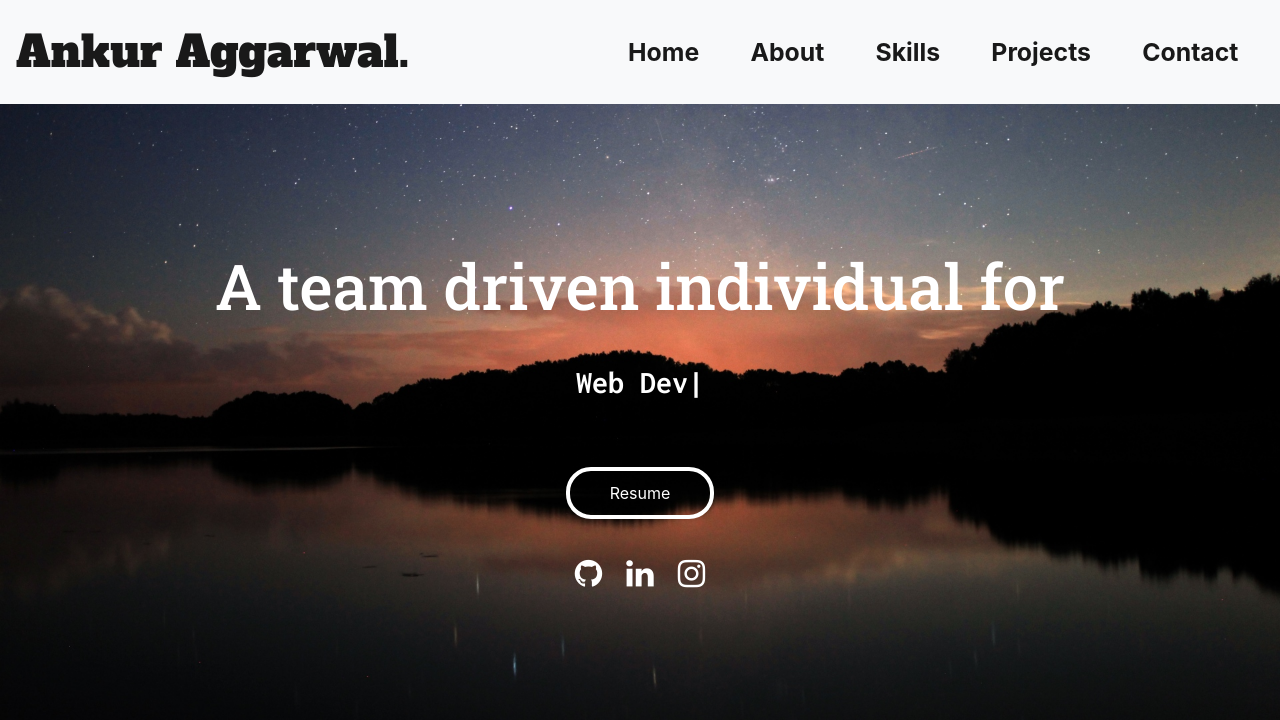
Repository: AnkurDevv/PersonalWebsite
Page: index.html
An editor plug-in stored every save of this project. The page is shown before and after the next save, followed by the edit.
The browser window is 1280 px wide. The pictures show the whole page.

Above is the page before, as saved 2020-09-13 16:21:06.

### index.html
<!DOCTYPE html>
<html>

<head>
  <meta charset="utf-8">
  <meta http-equiv="X-UA-Compatible" content="IE=edge">
  <title>Ankur Aggarwal</title>
  <meta name="description" content="">
  <meta name="viewport" content="width=device-width, initial-scale=1">
  <!-- FONT AWESOME FOR SOCIAL MEDIA ICONS -->
  <link rel="stylesheet" href="https://cdnjs.cloudflare.com/ajax/libs/font-awesome/4.7.0/css/font-awesome.min.css">
  <!-- Importing Bootstrap here -->
  <link rel="stylesheet" href="https://stackpath.bootstrapcdn.com/bootstrap/4.4.1/css/bootstrap.min.css"
    integrity="sha384-Vkoo8x4CGsO3+Hhxv8T/Q5PaXtkKtu6ug5TOeNV6gBiFeWPGFN9MuhOf23Q9Ifjh" crossorigin="anonymous">
  <!--CUSTOM CSS FOR THE PAGE  -->
  <link rel="stylesheet" href="./style/index.css">
  <!-- FOR COOL ANIMATION EFFECTS -->
  <link rel="stylesheet" href="./style/animate.css">
  <!-- FOR COOL TYPING EFFECTS -->
  <script src="https://cdn.jsdelivr.net/npm/typed.js@2.0.11"></script>
  <!-- FOR GOOGLE FONTS - START -->
  <!-- for main heading -->
  <link
    href="https://fonts.googleapis.com/css2?family=Merienda:wght@700&family=Pacifico&family=Roboto&family=Roboto+Slab:wght@500&display=swap"
    rel="stylesheet">
  <!-- For Sub heading -->
  <link
    href="https://fonts.googleapis.com/css2?family=Inconsolata:wght@700&family=Merienda:wght@700&family=Pacifico&family=Roboto&family=Roboto+Slab:wght@500&display=swap"
    rel="stylesheet">
  <!-- For Navbar Logo -->
  <link href="https://fonts.googleapis.com/css2?family=Alfa+Slab+One&display=swap" rel="stylesheet">
  <!-- FOR GOOGLE FONTS - END -->
</head>

<body>
  <header>
    <nav class="navbar navbar-expand-lg navbar-light bg-light">
      <a class="navbar-brand" id="Brand-logo">Ankur Aggarwal.</a>
      <button class="navbar-toggler" type="button" data-toggle="collapse" data-target="#navbarNav"
        aria-controls="navbarNav" aria-expanded="false" aria-label="Toggle navigation">
        <span class="navbar-toggler-icon"></span>
      </button>
      <div class="collapse navbar-collapse" id="navbarNav">
        <ul class="navbar-nav">
          <li class="nav-item active">
            <a class="nav-link" href="#">Home</a>
          </li>
          <li class="nav-item active">
            <a class="nav-link" href="#">About</a>
          </li>
          <!-- <li class="nav-item active">
            <a class="nav-link" href="#">Why Me?</a>
          </li> -->
          <li class="nav-item active">
            <a class="nav-link" href="#">Skills</a>
          </li>
          <li class="nav-item active">
            <a class="nav-link" href="#">Projects</a>
          </li>
          <li class="nav-item active">
            <a class="nav-link" href="#">Contact</a>
          </li>
        </ul>
      </div>
    </nav>


    <!-- FIRST IMPRESSION SECTION - START -->
    <section class="first-impression-section">
      <div class="row first-impression-row">
        <h1 class="text-center animated fadeInDown" id="MainNameHeading">A team driven individual for
        </h1>
      </div>
      <div class="row">
        <h3 id="MainSubHeading">
          <span id="typed" style="white-space:pre;"></span>
          <!-- <span class="typed-cursor typed-cursor--blink">|</span> -->
        </h3>
      </div>

      <!-- RESUME BUTTON - START -->
      <div class="row" id="ResumeDiv">
        <a type="button" href="https://drive.google.com/file/d/129eEq26ATzqey1-hpHnRXs40bzbBVkSX/view?usp=sharing"
          target="blank" class="btn btn-primary" id="ResumeBtn">Resume</a>
      </div>
      <!-- RESUME BUTTON - END -->

      <!-- SOCIAL LINKS -->
      <div class="socialLinksDiv">
        <!-- github link -->
        <a href="https://github.com/AnkurDevv" target="blank" class="social-link"><i
            class="fa fa-github fa-2x text-white"></i></a>
        <!-- linkedin link -->
        <a href="https://www.linkedin.com/in/ankur-aggarwal2112/" target="blank" class="social-link"><i
            class="fa fa-linkedin fa-2x text-white"></i></a>
        <!-- instagram link -->
        <a href="https://www.instagram.com/ankur_2112/?hl=en" target="blank" class="social-link"><i
            class="fa fa-instagram fa-2x text-white"></i></a>
      </div>

    </section>
    <!-- FIRST IMPRESSION SECTION - END -->


  </header>

  <script>
    // JS FOR COOL TYPING EFFECT USING TYPE.JS -  START
    var options = {
      strings: ['Web Development.', 'Software Engineering.', 'Product Development.'],
      typeSpeed: 100,
      loop: true,
      backDelay: 800,
      backSpeed: 80,
      startDelay: 1000,
    };
    var typed = new Typed('#typed', options);
// JS FOR COOL TYPING EFFECT USING TYPE.JS -  END
  </script>

  <!-- NECESSARY JS FOR BOOTSTRAP - START -->
  <script src="https://code.jquery.com/jquery-3.4.1.slim.min.js"
    integrity="sha384-J6qa4849blE2+poT4WnyKhv5vZF5SrPo0iEjwBvKU7imGFAV0wwj1yYfoRSJoZ+n"
    crossorigin="anonymous"></script>
  <script src="https://cdn.jsdelivr.net/npm/popper.js@1.16.0/dist/umd/popper.min.js"
    integrity="sha384-Q6E9RHvbIyZFJoft+2mJbHaEWldlvI9IOYy5n3zV9zzTtmI3UksdQRVvoxMfooAo"
    crossorigin="anonymous"></script>
  <script src="https://stackpath.bootstrapcdn.com/bootstrap/4.4.1/js/bootstrap.min.js"
    integrity="sha384-wfSDF2E50Y2D1uUdj0O3uMBJnjuUD4Ih7YwaYd1iqfktj0Uod8GCExl3Og8ifwB6"
    crossorigin="anonymous"></script>
  <!-- NECESSARY JS FOR BOOTSTRAP - END -->

  <!-- ADDING JQUERY - START -->
  <script src="https://ajax.googleapis.com/ajax/libs/jquery/3.5.1/jquery.min.js"></script>
  <!-- ADDING JQUERY - END -->

  <!-- CUSTOM JS FOR THE PAGE - START  -->
  <script src="index.js"></script>
  <!-- CUSTOM JS FOR THE PAGE - END  -->
</body>

</html>

### style/index.css
body{
  margin-left: 0;
  margin-right: 0;
}

/* NAVBAR CSS - START */

#Brand-logo{
  font-family: 'Alfa Slab One', cursive;
  font-size: 270%;
}

.navbar-nav{
  margin-left: auto;
}

.nav-link{
  font-size: 155%;
  font-weight: 700;
  padding: 2vw!important;
}

@media only screen and (max-width: 992px) {
  .nav-link{
    text-align: center;
  }
}

@media only screen and (max-width: 600px) {

  #Brand-logo{
    font-size: 140%;
  }

  .navbar-nav{
    height: 100vh;
  }

  .nav-link{
    margin: 5vh auto;
  }

}

/* NAVBAR CSS - END */

/* FIRST IMPRESSION SECTION CSS - START */
header{
  height: 100vh; /* Takes 100% of the screen size */
  background-image:url(../images/sunset_skyline_lake_reflection_114025_1920x1080.jpg);
  -webkit-background-size: cover;
  background-position: center;
  overflow: hidden;
  backdrop-filter: blur(10px);
}

#MainNameHeading{
  margin: 0 auto;
  margin-top: 20vh;
  font-size: 395%;
  color: white;
  font-family: 'Roboto Slab', serif;
  padding-bottom: 3%;
}

#MainSubHeading{
  margin: 0 auto;
  color: white;
  text-align: -webkit-center;
  font-family: 'Inconsolata', monospace;
  font-size: xx-large;
}

#ResumeBtn{
  -webkit-appearance: button;
  -moz-appearance: button;
  appearance: button;
  margin: 5% auto;
  margin-bottom: 2%;
  padding: 10px 3%;
  background-color: transparent;
  border: 4px solid white;
  border-radius: 25px;
}

#ResumeBtn:hover{
  background-color: white;
  color: black;
  font-weight: 700;
  font-size: 130%;
}

.socialLinksDiv{
  display: flex;
  justify-content: center;
}

.social-link{
  margin: 12px;
}


@media only screen and (max-width: 600px) {
  #MainNameHeading{
    font-size: 300%;
    margin-top: 13vh;
  }
  #MainSubHeading{
    font-size: x-large;
  }
}
/* FIRST IMPRESSION SECTION CSS - ENDS */

### index.js
// CHANGING NAVBAR COLOR WHEN A USER HOVERS OVER A LINK
$(document).ready(function () {

  // makes nav transparent when user hovers on a link
  $(".nav-link").hover(function () {
    $('.navbar').addClass('bg-dark').removeClass('bg-light');
    $('#Brand-logo').css("color", "white");
    $('.nav-link').css("color", "white");
    $('.navbar-toggler').css("color", "white");
  });

  // makes nav non-transparent when user hovers on a link
  $(".navbar").mouseleave(function () {
    $('.navbar').addClass('bg-light').removeClass('bg-dark');
    $('#Brand-logo').css("color", "black");
    $('.nav-link').css("color", "black");
    $('.navbar-toggler').css("color", "black");
  });

});

Loaded but not shown: style/animate.css (library)

After the next save:
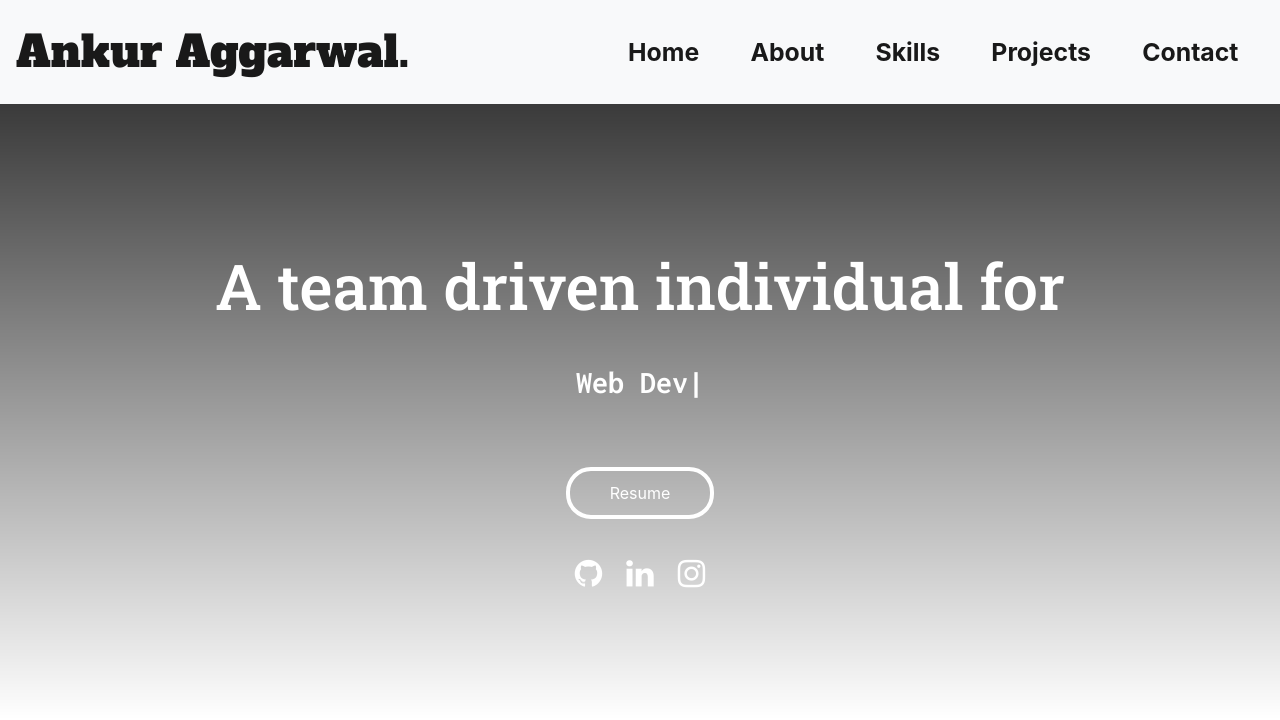
Not found: img/homepage/heroBackground2.jpg
Saved 90 s later.
--- a/style/index.css
+++ b/style/index.css
@@ -47,8 +47,7 @@ body{
 /* FIRST IMPRESSION SECTION CSS - START */
 header{
   height: 100vh; /* Takes 100% of the screen size */
-  background-image:url(../images/sunset_skyline_lake_reflection_114025_1920x1080.jpg);
-  -webkit-background-size: cover;
+  background: linear-gradient(rgba(0, 0, 0, 0.9), rgba(0, 0, 0, 0)), url(../img/homepage/heroBackground2.jpg)no-repeat center center fixed;
   background-position: center;
   overflow: hidden;
   backdrop-filter: blur(10px);

After the 2 saves that followed:
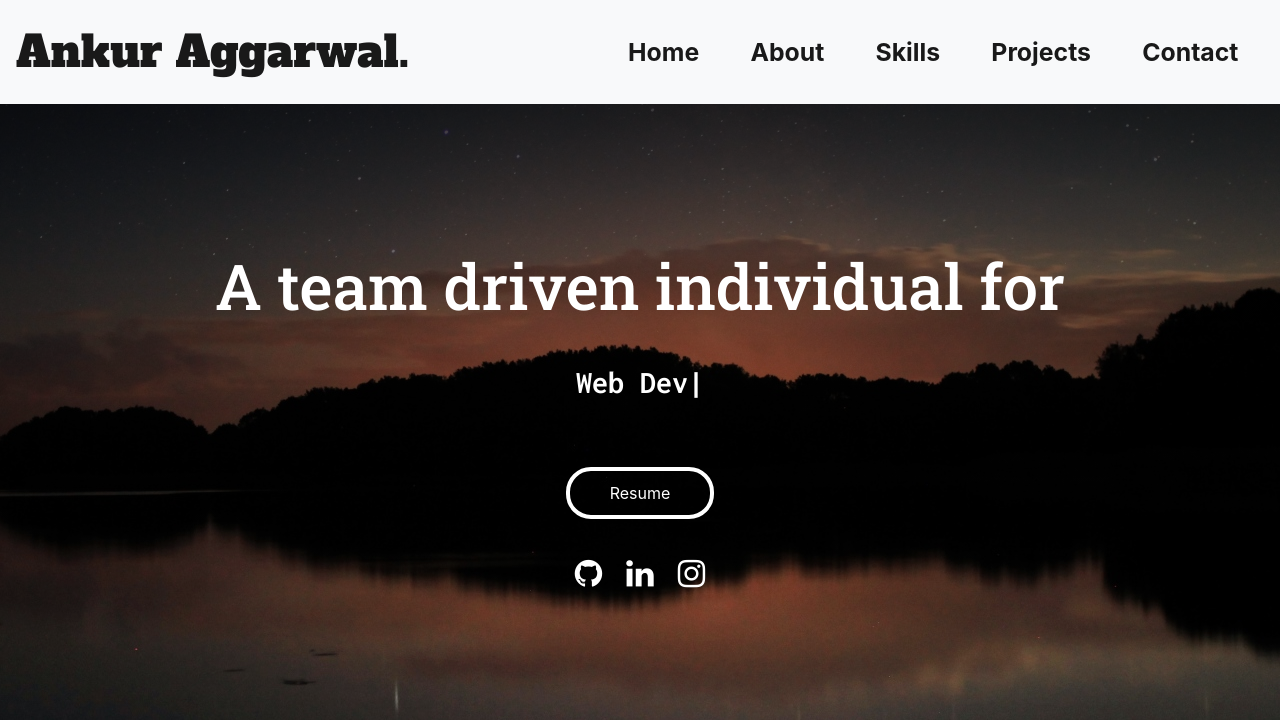
The 2 saves are shown as one change because 1 left the picture as it was.
The last was saved 66 s later.
--- a/style/index.css
+++ b/style/index.css
@@ -47,7 +47,7 @@ body{
 /* FIRST IMPRESSION SECTION CSS - START */
 header{
   height: 100vh; /* Takes 100% of the screen size */
-  background: linear-gradient(rgba(0, 0, 0, 0.9), rgba(0, 0, 0, 0)), url(../img/homepage/heroBackground2.jpg)no-repeat center center fixed;
+  background: linear-gradient(rgba(0, 0, 0, 0.9), rgba(0, 0, 0, 0)), url(../images/sunset_skyline_lake_reflection_114025_1920x1080.jpg)no-repeat center center fixed;
   background-position: center;
   overflow: hidden;
   backdrop-filter: blur(10px);
